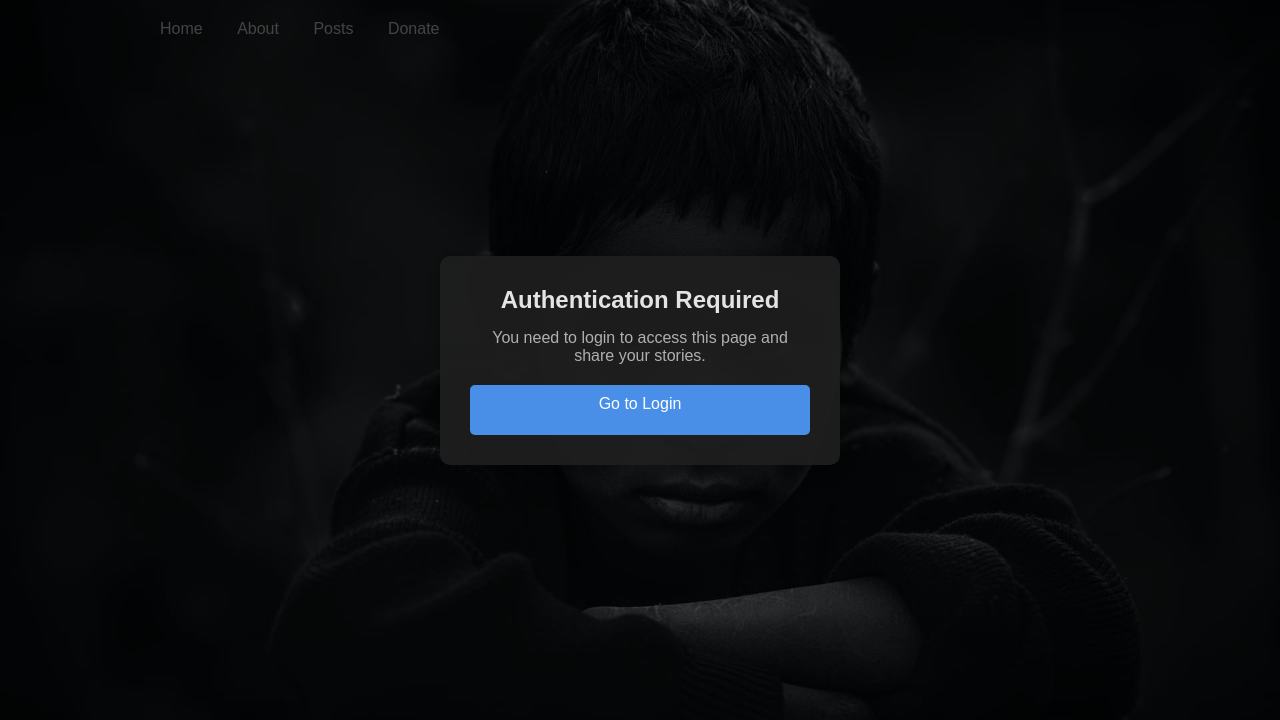
Repository: cedvtan13/Learn2GrowV2
Page: pages/posts.html
These files come from the project's save history. The page is drawn as it stood at one moment and after the next save; the edit follows.
The browser window is 1280 px wide. The pictures show the whole page.
The page's requests for data from a server got no answer. Some web fonts or font styles are not loaded; a fallback is used.

Above is the page before, as saved 2025-05-16 08:48:53.

After the next save:
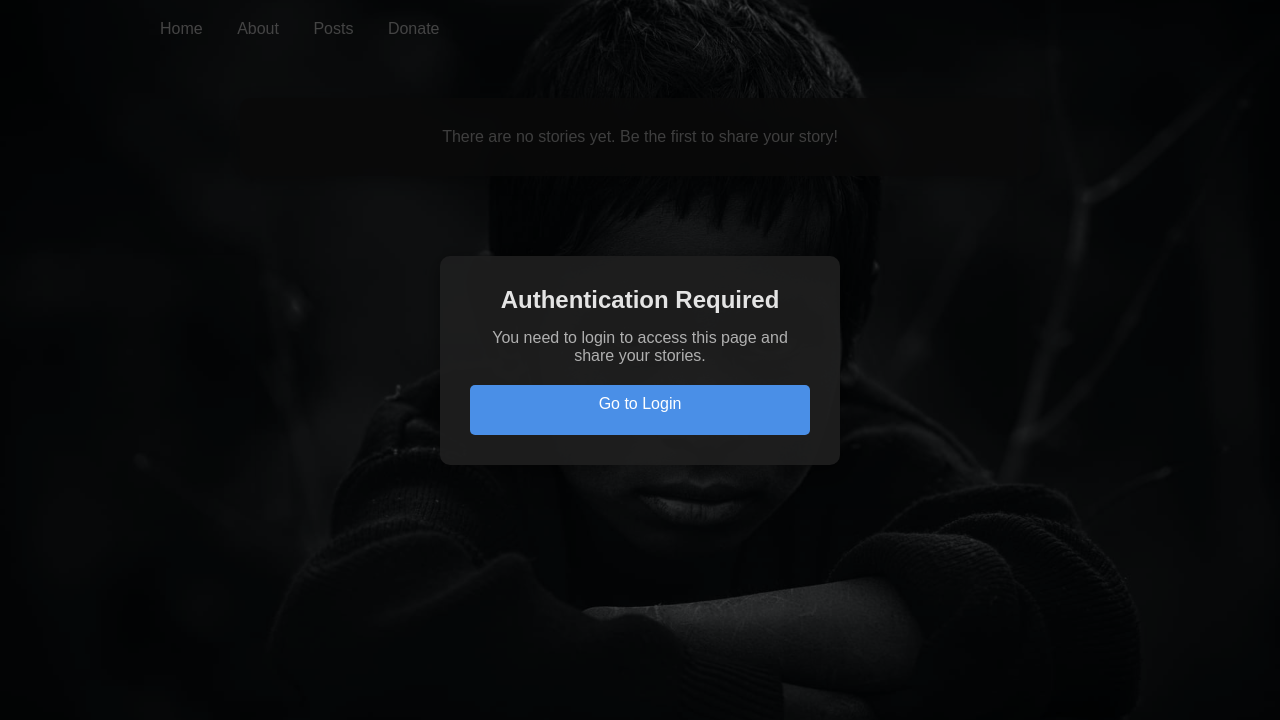
Saved 51 s later.
--- a/pages/posts.html
+++ b/pages/posts.html
@@ -36,27 +36,44 @@
                     <div class="post-creation-container">
                         <h2>Share Your Story</h2>
                         <form class="post-form" id="storyForm">
-  <div class="form-group">
-    <input type="text" id="post-title" placeholder="Story Title" required>
-  </div>
-  <div class="form-group">
-    <textarea id="post-content" placeholder="Share your story..." required></textarea>
-  </div>
-  <div class="form-group">
-    <input type="number" id="target-amount" placeholder="Donation Target (₱)">
-  </div>
-  <div class="form-group">
-    <label>Upload an image</label>
-    <input type="file" id="post-image" accept="image/*">
+<div class="form-group"></div>
+    <label for="post-title" class="form-label">Story Title</label>
+    <input type="text" id="post-title" class="form-input" placeholder="Enter your story title" required>
+</div>
+
+<div class="form-group">
+    <label for="post-content" class="form-label">Your Story</label>
+    <textarea id="post-content" class="form-textarea" placeholder="Share your inspiring story here..." rows="5" required></textarea>
+</div>
+
+<div class="form-group">
+    <label for="target-amount" class="form-label">Donation Target</label>
+    <div class="input-with-icon">
+        <span class="currency-symbol">₱</span>
+        <input type="number" id="target-amount" class="form-input" placeholder="Amount needed" min="0">
+    </div>
+</div>
+
+<div class="form-group">
+    <label for="post-image" class="form-label">Story Image</label>
+    <input type="file" id="post-image" class="form-file-input" accept="image/*">
+    <p class="form-hint">Add a relevant image to your story</p>
     <div id="imagePreviewContainer" class="preview-container"></div>
-  </div>
-  <div class="form-group">
-    <label>Upload GCash QR Code</label>
-    <input type="file" id="gcash-qr" accept="image/*">
+</div>
+
+<div class="form-group">
+    <label for="gcash-qr" class="form-label">GCash QR Code</label>
+    <input type="file" id="gcash-qr" class="form-file-input" accept="image/*">
+    <p class="form-hint">Upload your GCash QR code for donations</p>
     <div id="qrPreviewContainer" class="preview-container"></div>
-  </div>
-  <button type="submit" class="submit-btn">Post Your Story</button>
-</form>
+</div>
+
+<div class="form-actions">
+    <button type="submit" class="submit-btn">
+        <i class='bx bx-send'></i> Share Your Story
+    </button>
+</div>
+</form></div>
                     </div>
                 </section>
 

After the save that followed:
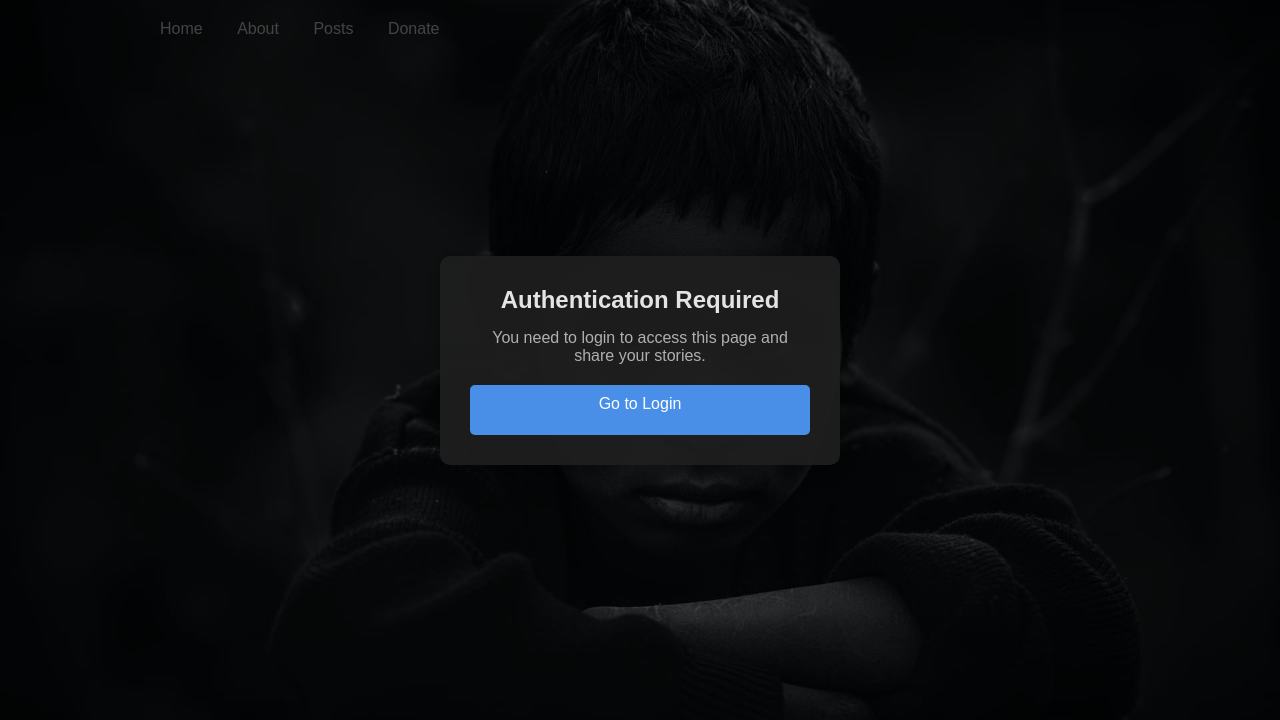
Saved 6 s later.
--- a/pages/posts.html
+++ b/pages/posts.html
@@ -36,44 +36,27 @@
                     <div class="post-creation-container">
                         <h2>Share Your Story</h2>
                         <form class="post-form" id="storyForm">
-<div class="form-group"></div>
-    <label for="post-title" class="form-label">Story Title</label>
-    <input type="text" id="post-title" class="form-input" placeholder="Enter your story title" required>
-</div>
-
-<div class="form-group">
-    <label for="post-content" class="form-label">Your Story</label>
-    <textarea id="post-content" class="form-textarea" placeholder="Share your inspiring story here..." rows="5" required></textarea>
-</div>
-
-<div class="form-group">
-    <label for="target-amount" class="form-label">Donation Target</label>
-    <div class="input-with-icon">
-        <span class="currency-symbol">₱</span>
-        <input type="number" id="target-amount" class="form-input" placeholder="Amount needed" min="0">
-    </div>
-</div>
-
-<div class="form-group">
-    <label for="post-image" class="form-label">Story Image</label>
-    <input type="file" id="post-image" class="form-file-input" accept="image/*">
-    <p class="form-hint">Add a relevant image to your story</p>
+  <div class="form-group</div>">
+    <input type="text" id="post-title" placeholder="Story Title" required>
+  </div>
+  <div class="form-group">
+    <textarea id="post-content" placeholder="Share your story..." required></textarea>
+  </div>
+  <div class="form-group">
+    <input type="number" id="target-amount" placeholder="Donation Target (₱)">
+  </div>
+  <div class="form-group">
+    <label>Upload an image</label>
+    <input type="file" id="post-image" accept="image/*">
     <div id="imagePreviewContainer" class="preview-container"></div>
-</div>
-
-<div class="form-group">
-    <label for="gcash-qr" class="form-label">GCash QR Code</label>
-    <input type="file" id="gcash-qr" class="form-file-input" accept="image/*">
-    <p class="form-hint">Upload your GCash QR code for donations</p>
+  </div>
+  <div class="form-group">
+    <label>Upload GCash QR Code</label>
+    <input type="file" id="gcash-qr" accept="image/*">
     <div id="qrPreviewContainer" class="preview-container"></div>
-</div>
-
-<div class="form-actions">
-    <button type="submit" class="submit-btn">
-        <i class='bx bx-send'></i> Share Your Story
-    </button>
-</div>
-</form></div>
+  </div>
+  <button type="submit" class="submit-btn">Post Your Story</button>
+</form>
                     </div>
                 </section>
 
@@ -81,7 +64,7 @@
                 <section class="posts-feed">
                     <h2>Community Stories</h2>
                     <div id="no-posts-message">
-                        <p>There are no stories yet. Be the first to share your story!</p>
+                   </div>     <p>There are no stories yet. Be the first to share your story!</p>
                     </div>
 
                     <div class="posts-container" id="postsContainer">
